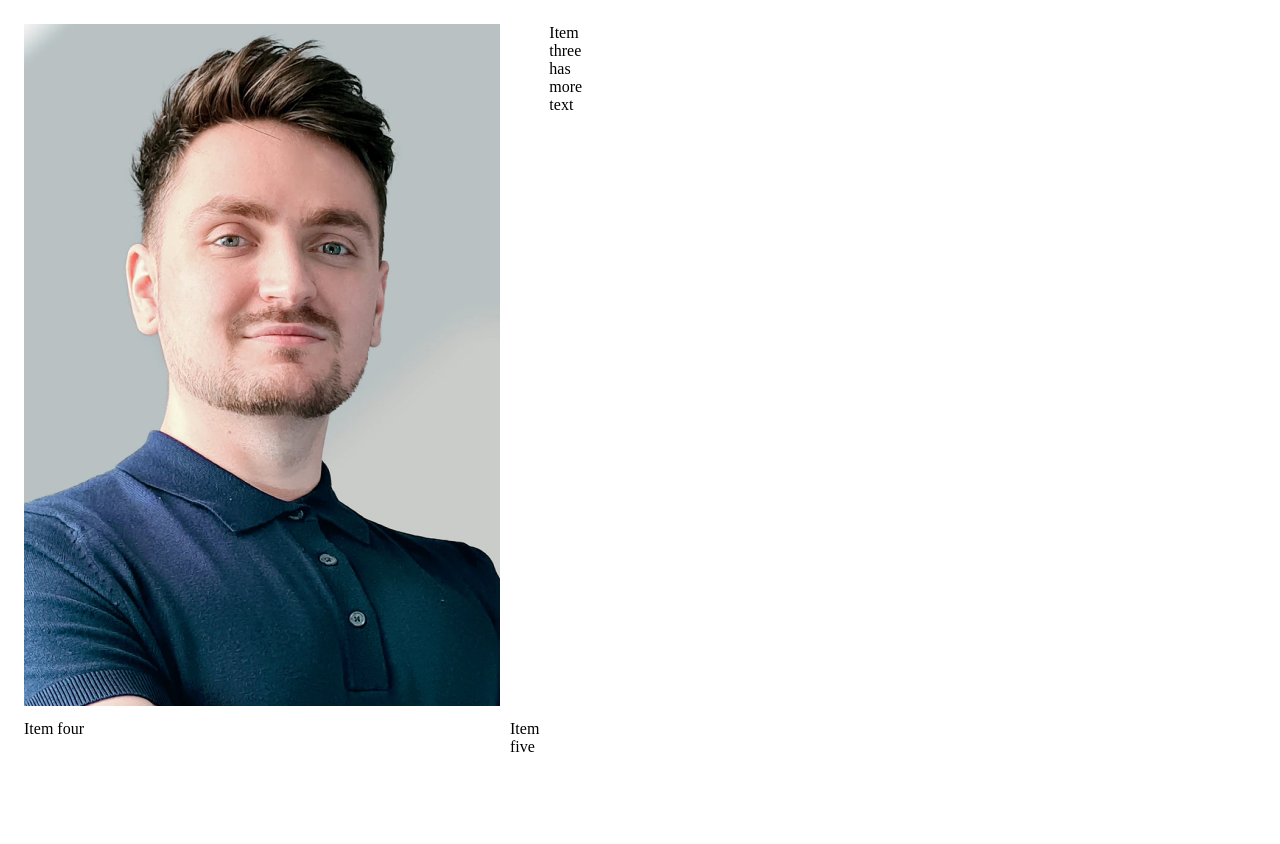
Repository: georgisenze/my-team-page-challeng
Page: index.html
These files come from the project's save history. The page is drawn as it stood at one moment and after a run of saves; the edit follows.
The browser window is 1280 px wide. The pictures show the whole page.

Above is the page before, as saved 2023-02-22 21:49:47.

### index.html
<!DOCTYPE html>
<html lang="en">
<head>
    <meta charset="UTF-8">
    <meta http-equiv="X-UA-Compatible" content="IE=edge">
    <meta name="viewport" content="width=device-width, initial-scale=1.0">
    <title>My team page</title>

    <link rel="stylesheet" href="assets/css/style.css">
</head>
<body>
     <div class="container" id="container">
        <div class="box">
            <img src="assets/img/photo1.png" alt="" >
        </div>
        <div class="box">

        </div>
        <div class="box">Item three has more text </div>
        <div class="box">Item four</div>
        <div class="box">Item five</div>
      </div>
</body>
</html>

### assets/css/style.css
:root {
    --var-flow: row;
    --var-mode: horizontal-tb;
  }

  .container {
    writing-mode: var(--var-mode);
    display: grid;
    grid-template-columns: 1fr 1fr 1fr;
    grid-template-rows: repeat(2,minmax(100px, auto));
    grid-auto-flow: var(--var-flow);
    gap: 10px;
    background-color: var(--color-stroke);
    padding: 1em;
    max-width: 30rem;
  }

  label {
    --flow-space: 1rem;
    display: grid;
    grid-template-columns: 180px min-content;
    gap: 0.2rem;
  }

After the next 7 saves:
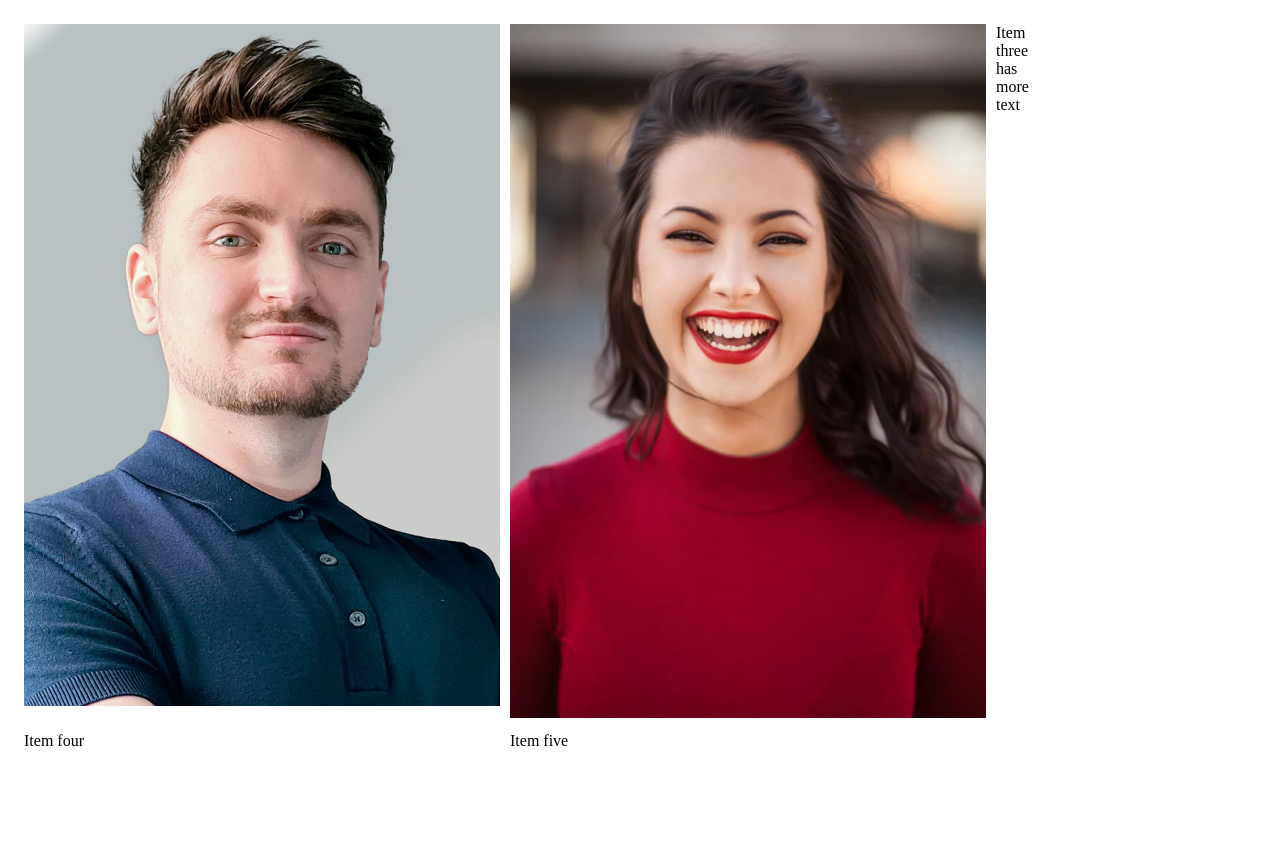
The 7 saves are shown as one change because they came seconds apart.
The last was saved 18 s later.
--- a/index.html
+++ b/index.html
@@ -14,7 +14,7 @@
             <img src="assets/img/photo1.png" alt="" >
         </div>
         <div class="box">
-
+            <img src="assets/img/photo2.png" alt="">
         </div>
         <div class="box">Item three has more text </div>
         <div class="box">Item four</div>
